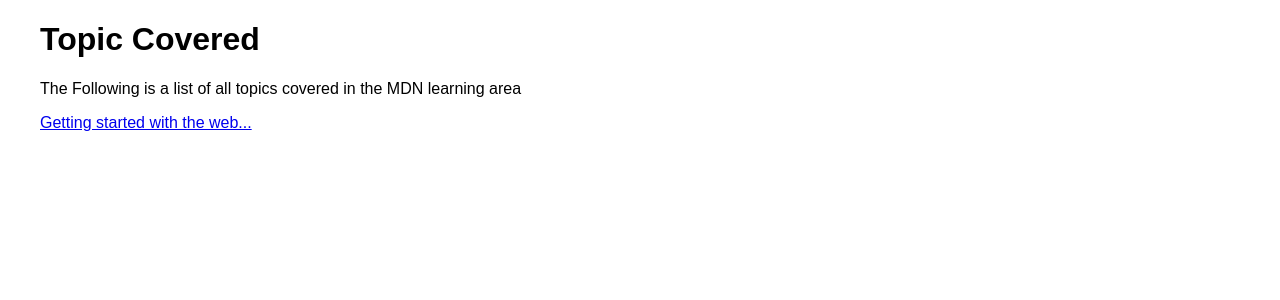
Repository: sriram1224/ReactProjects.github.io
Page: Assignments/Assignment1/index.html
These files come from the project's save history. The page is drawn as it stood at one moment and after the next save; the edit follows.
The browser window is 1280 px wide. The pictures show the whole page.

Above is the page before, as saved 2024-03-01 09:53:30.

After the next save:
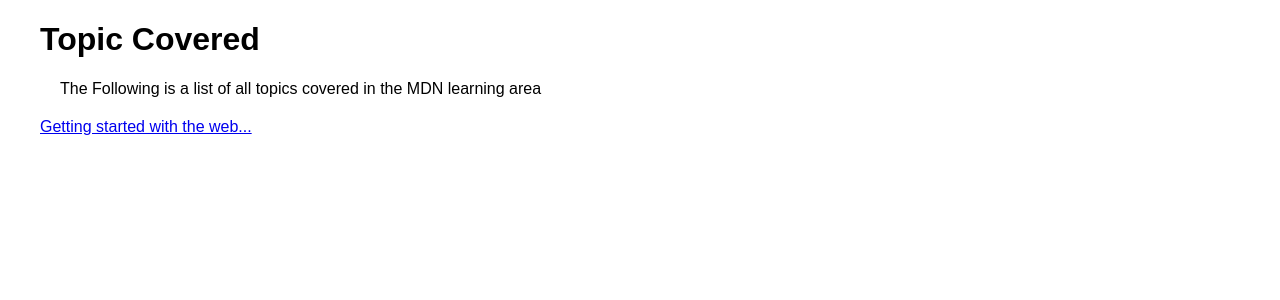
Saved 10 s later.
--- a/Assignments/Assignment1/index.html
+++ b/Assignments/Assignment1/index.html
@@ -9,7 +9,7 @@
       font-family: Arial, sans-serif;
 
     }
-    .para{
+    #para{
       margin: 20px;
     }
 
